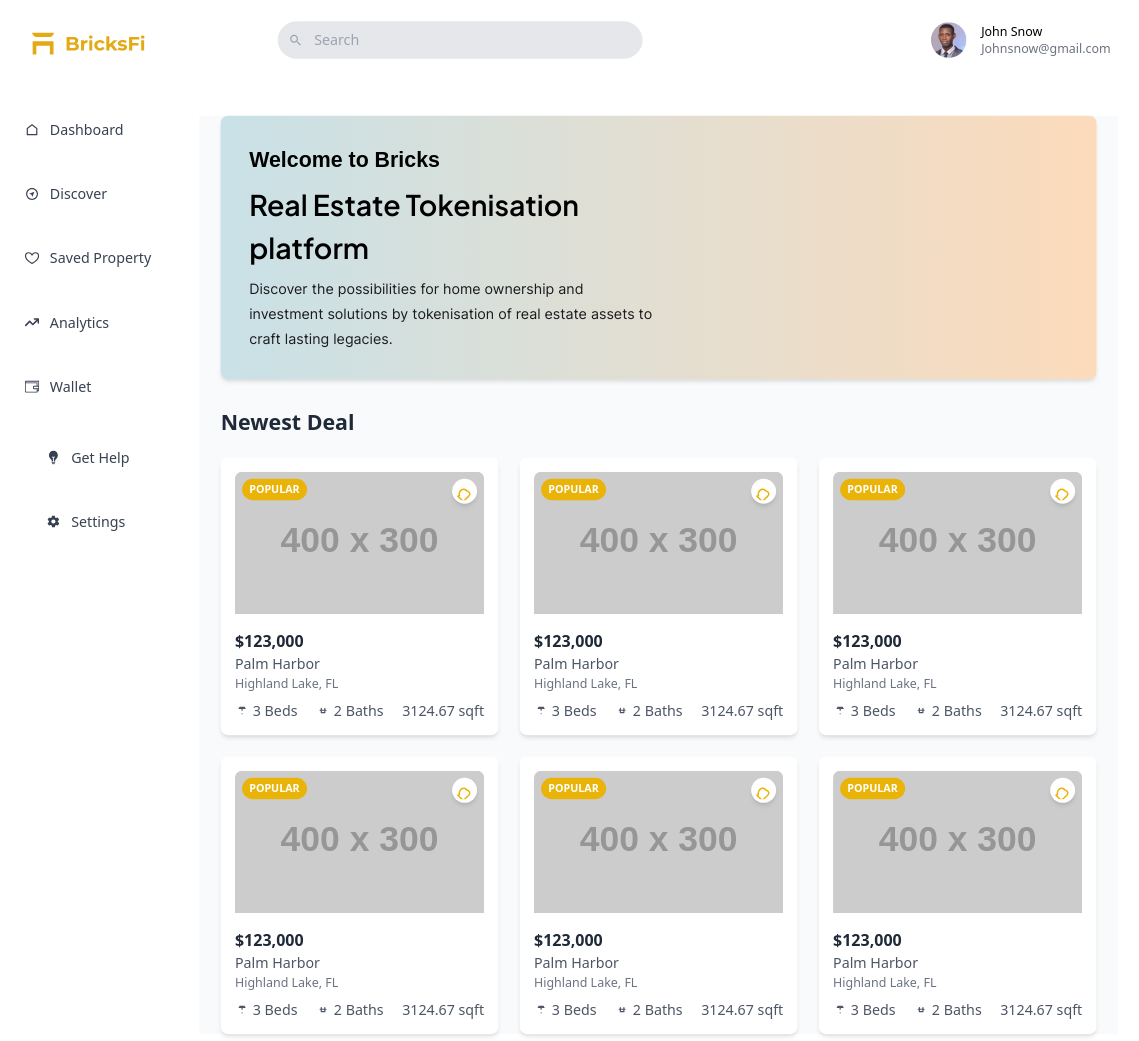
Repository: AyomideAkintade/BricksFi-Frontend
Page: /dashboard/discover (app in client/)
An editor plug-in stored every save of this project. The page is shown before and after the next save, followed by the edit.
The browser window is 1280 px wide. The pictures show the whole page, at 89% of full size.
The page's requests for data from a server got no answer. The project was rebuilt for these pictures with package versions that can differ from the ones it lists, and the page was loaded fresh each time. No one was signed in, and anything a server would have sent is missing. Also part of the build but not shown: client/src/components/navbar.jsx, client/src/components/home.jsx, client/src/components/homeSecond.jsx, client/src/components/homeThird.jsx, client/src/components/homeFifth.jsx, client/src/components/homeSixth.jsx, client/src/components/homeSeventh.jsx, client/src/api/base.js and 16 more.

Above is the page before, as saved 2024-10-04 23:38:10.

After the next save:
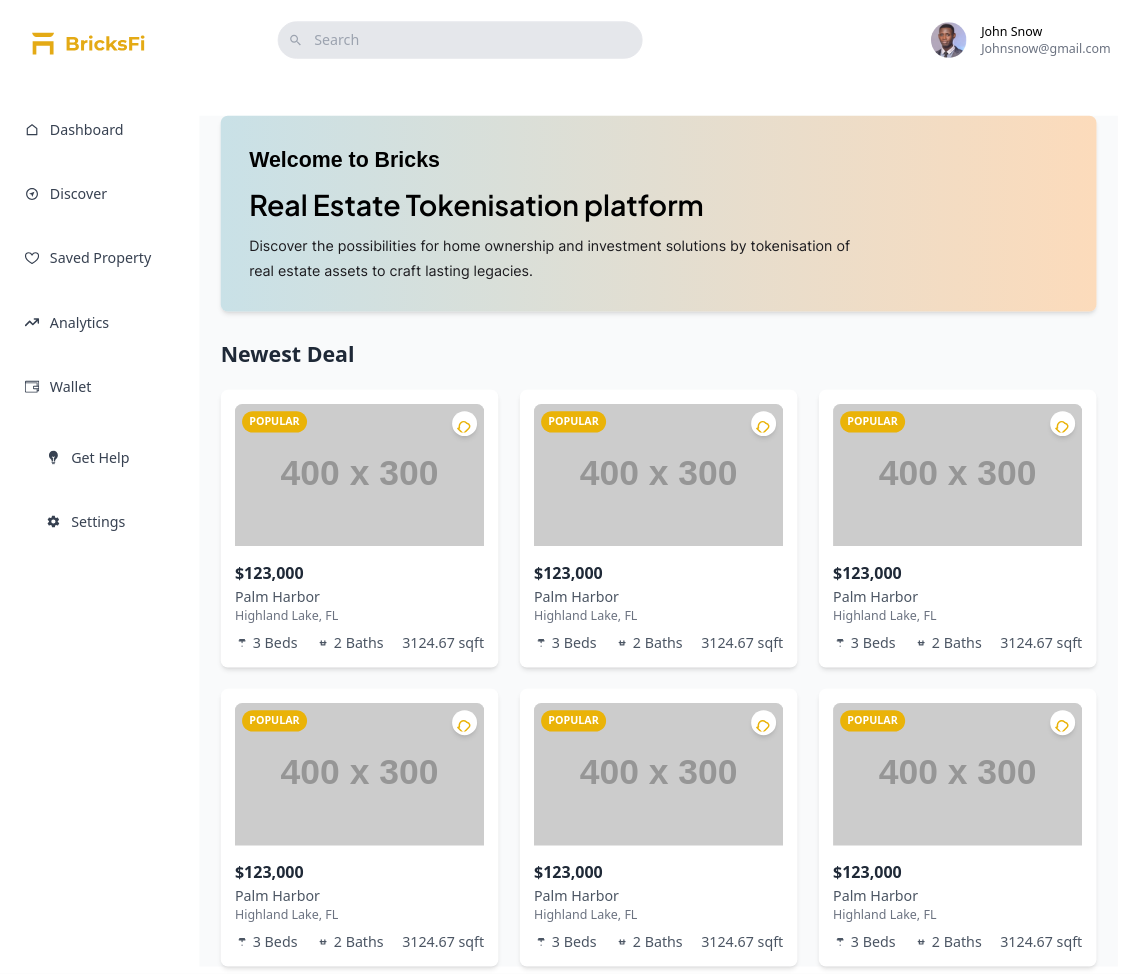
Saved 32 s later.
--- a/client/src/components/discover.jsx
+++ b/client/src/components/discover.jsx
@@ -75,8 +75,8 @@ const Discover = () => {
     <div className="bg-gray-50 min-h-screen">
       {/* Hero Section */}
       <section className="bg-gradient-to-r from-[#C9E1E7] to-[#FCDBBB] p-8 rounded-lg mx-6 my-8 shadow-md">
-        <div className="grid grid-cols-1 md:grid-cols-2 items-center">
-          <div className='flex flex-col gap-2'>
+        <div className="flex">
+          <div className='flex flex-col gap-2 w-9/12'>
             <h1 className="text-[24px] font-semibold font-[sans-serif]">
               Welcome to Bricks
             </h1>
